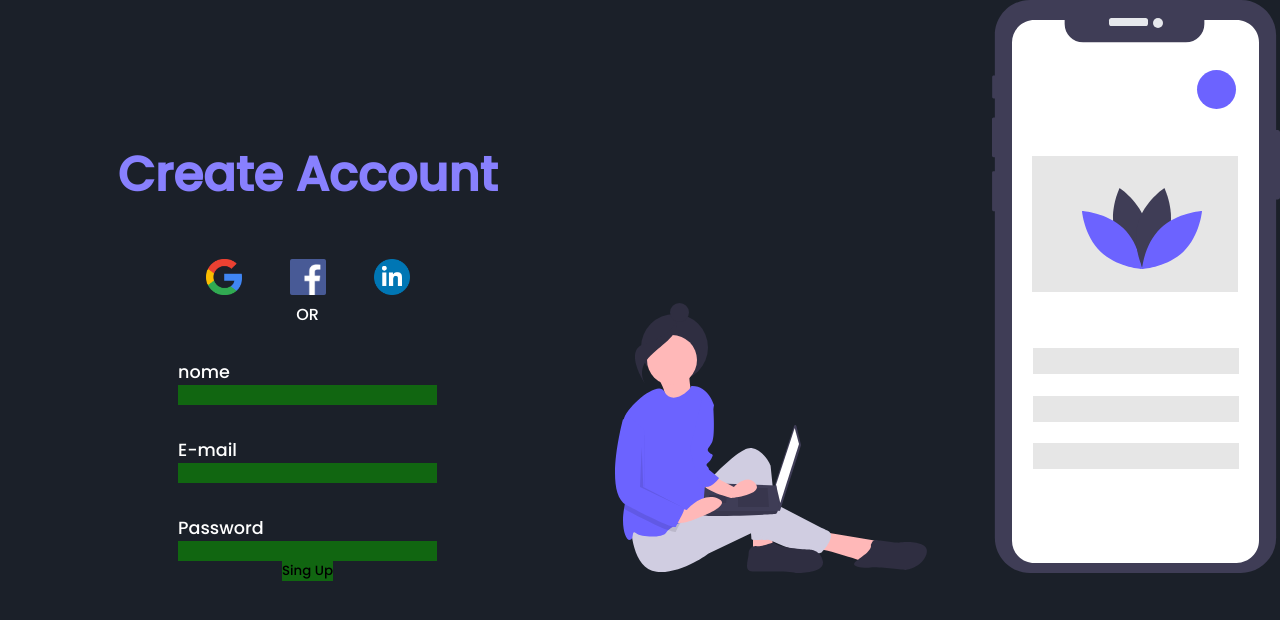
Repository: daniel-victorr/Cadastro
Page: login.html
An editor plug-in stored every save of this project. The page is shown before and after the next save, followed by the edit.
The browser window is 1280 px wide. The pictures show the whole page.

Above is the page before, as saved 2022-02-17 16:29:57.

After the next save:
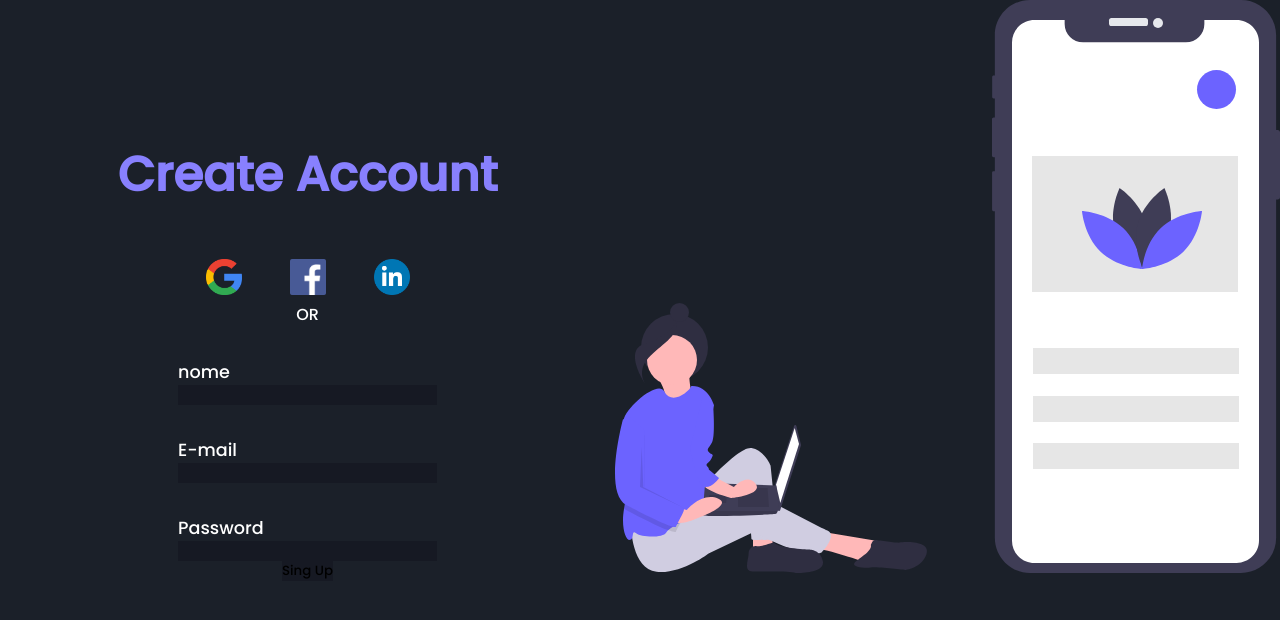
Saved 6 s later.
--- a/Cadastro.css
+++ b/Cadastro.css
@@ -67,5 +67,5 @@ main form label span{
 }
 
 main form input{
-    background: #161;
+    background: #161923;
 }
